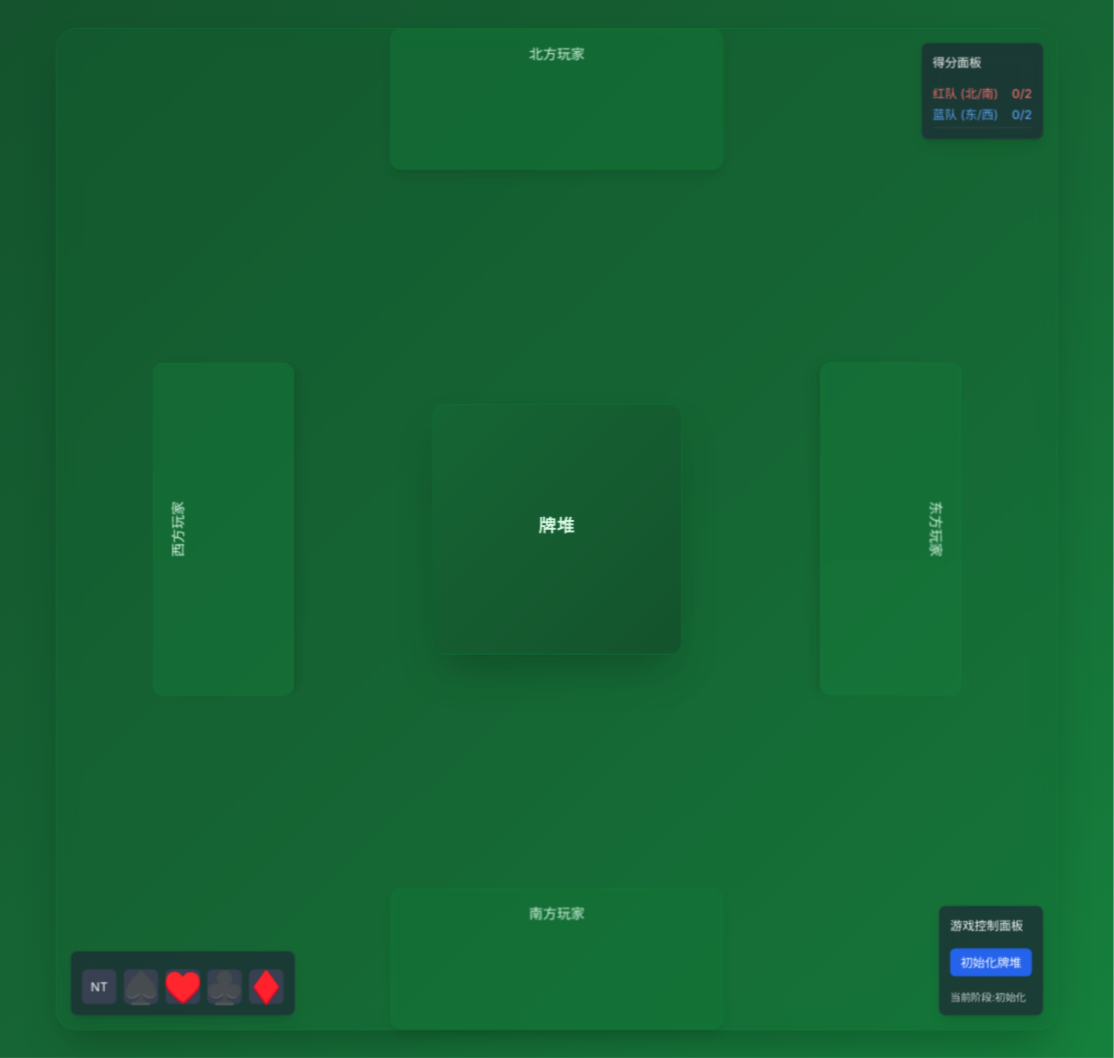
Repository: laofansay/Tractor80
Page: /
These files come from the project's save history. The page is drawn as it stood at one moment and after the next save; the edit follows.
The browser window is 1280 px wide. The pictures show the whole page, at 87% of full size.
The project was rebuilt for these pictures with package versions that can differ from the ones it lists, and the page was loaded fresh each time. The framework's server and built-in components were replaced by stand-ins that run in the browser. Also part of the build but not shown: next.config.js, app/components/Card.tsx.

Above is the page before, as saved 2025-03-11 10:19:20.

### app/layout.tsx
import type { Metadata } from 'next'
import { Inter } from 'next/font/google'
import './globals.css'

const inter = Inter({ subsets: ['latin'] })

export const metadata: Metadata = {
  title: 'Card Game',
  description: 'A Next.js Card Game Application',
}

export default function RootLayout({
  children,
}: {
  children: React.ReactNode
}) {
  return (
    <html lang="en">
      <body className={inter.className}>{children}</body>
    </html>
  )
}

### app/globals.css
@tailwind base;
@tailwind components;
@tailwind utilities;

:root {
  --foreground-rgb: 0, 0, 0;
  --background-start-rgb: 214, 219, 220;
  --background-end-rgb: 255, 255, 255;
}

@media (prefers-color-scheme: dark) {
  :root {
    --foreground-rgb: 255, 255, 255;
    --background-start-rgb: 0, 0, 0;
    --background-end-rgb: 0, 0, 0;
  }
}

body {
  color: rgb(var(--foreground-rgb));
  background: linear-gradient(
    to bottom,
    transparent,
    rgb(var(--background-end-rgb))
  )
  rgb(var(--background-start-rgb));
}

### app/components/AdminPanel.tsx
'use client';

import { useState } from 'react';
import { Card } from './Card';
import { GamePhase, Position } from './constant/Constant';

type AdminPanelProps = {
    onInitialize: () => void;
    onDeal: () => void;
    onPickBottomCards: () => void;
    onBottomCards: () => void;
    onStartPlaying: () => void;
    gamePhase: GamePhase;
    deckLength: number;
};

export function AdminPanel({
    onInitialize,
    onDeal,
    onPickBottomCards,
    onBottomCards,
    onStartPlaying,
    gamePhase,
    deckLength,
}: AdminPanelProps) {

    return (
        <div className="absolute bottom-4 right-4 p-3 bg-gray-800/70 rounded-lg backdrop-blur-md border border-gray-700/50 shadow-lg">
            <div className="flex flex-col gap-2">
                <div className="text-white text-sm mb-2 font-medium">游戏控制面板</div>

                {(gamePhase === 'initial' || gamePhase === 'playing') && (
                    <button
                        onClick={onInitialize}
                        className="px-3 py-1.5 bg-blue-600 hover:bg-blue-500 text-white rounded-md transition-colors text-sm"
                    >
                        {gamePhase === 'playing' ? '重新开始' : '初始化牌堆'}
                    </button>
                )}

                {gamePhase === 'initial' && deckLength > 0 && (
                    <button
                        onClick={onDeal}
                        className="px-3 py-1.5 bg-green-600 hover:bg-green-500 text-white rounded-md transition-colors text-sm"
                    >
                        开始发牌
                    </button>
                )}

                {gamePhase === 'pickBottomCards' && (
                    <button
                        onClick={onPickBottomCards}
                        className="px-3 py-1.5 bg-yellow-600 hover:bg-yellow-500 text-white rounded-md transition-colors text-sm"
                    >
                        庄家拾底
                    </button>
                )}

                {gamePhase === 'bottomCards' && (
                    <button
                        onClick={onBottomCards}
                        className="px-3 py-1.5 bg-yellow-600 hover:bg-yellow-500 text-white rounded-md transition-colors text-sm"
                    >
                        庄家扣底
                    </button>
                )}

                {gamePhase === 'bottomCards' && (
                    <button
                        onClick={onStartPlaying}
                        className="px-3 py-1.5 bg-red-600 hover:bg-red-500 text-white rounded-md transition-colors text-sm"
                    >
                        开始出牌
                    </button>
                )}

                <div className="text-gray-300 text-xs mt-2">
                    当前阶段:
                    {gamePhase === 'initial' && '初始化'}
                    {gamePhase === 'dealing' && '发牌中'}
                    {gamePhase === 'trumpSelection' && '亮主阶段'}
                    {gamePhase === 'pickBottomCards' && '庄家拾底'}
                    {gamePhase === 'bottomCards' && '庄家扣底'}
                    {gamePhase === 'playing' && '出牌阶段'}
                </div>
            </div>
        </div>
    );
}

### app/components/SoundEffect.tsx
'use client';

import { audioManager } from './AudioManager';

export class SoundEffect {
    static #instance;

    constructor() {
        // 私有构造函数，确保单例模式
    }

    public static getInstance(): SoundEffect {
        if (!SoundEffect.#instance) {
            SoundEffect.#instance = new SoundEffect();
        }
        return SoundEffect.#instance;
    }

    /**
     * 预加载音效
     * @param soundId 音效ID
     * @param soundPath 音效文件路径
     * @param fallbackSoundPath 备用音效路径（可选）
     */
    public preloadSound(soundId: string, soundPath: string, fallbackSoundPath?: string): void {
        if (typeof window === 'undefined') return; // 服务器端不执行

        // 使用AudioManager来处理音频加载
        audioManager.preloadSound(soundId, soundPath, fallbackSoundPath);
    }

    /**
     * 播放音效
     * @param soundId 音效ID
     * @returns 是否成功播放
     */
    public playSound(soundId: string): boolean {
        if (typeof window === 'undefined') return false; // 服务器端不执行

        // 使用AudioManager来处理音频播放
        return audioManager.playSound(soundId);
    }

    /**
     * 停止播放音效
     * @param soundId 音效ID
     */
    public stopSound(soundId: string): void {
        if (typeof window === 'undefined') return; // 服务器端不执行

        // 使用AudioManager来处理音频停止
        audioManager.stopSound(soundId);
    }

    /**
     * 检查音效是否已加载并可以播放
     * @param soundId 音效ID
     * @returns 是否可以播放
     */
    public canPlaySound(soundId: string): boolean {
        if (typeof window === 'undefined') return false; // 服务器端不执行

        // 使用AudioManager来检查音频是否可以播放
        return audioManager.canPlaySound(soundId);
    }

    /**
     * 启用或禁用所有音效
     * @param enabled 是否启用音效
     */
    public setAudioEnabled(enabled: boolean): void {
        audioManager.setAudioEnabled(enabled);
    }

    /**
     * 获取音效是否启用
     * @returns 音效是否启用
     */
    public isAudioEnabled(): boolean {
        return audioManager.isAudioEnabled();
    }
}

// 导出单例实例
export const soundEffect = SoundEffect.getInstance();

### app/components/ScorePanel.tsx
import React from 'react';
import { Position } from './constant/Constant';

interface ScorePanelProps {
  scores: {
    north: number;
    east: number;
    south: number;
    west: number;
  };
  dealerPosition: Position;
  redUpLevel: string;
  blueUpLevel: string;
}

export function ScorePanel({ scores, dealerPosition, redUpLevel, blueUpLevel }: ScorePanelProps) {
  // 计算庄家和闲家的总分
  const dealerScore = scores[dealerPosition];
  const nonDealerScore = Object.entries(scores)
    .filter(([position]) => position !== dealerPosition)
    .reduce((total, [_, score]) => total + score, 0);

  // 计算红蓝阵营的总分
  const redTeamScore = scores.north + scores.south;
  const blueTeamScore = scores.east + scores.west;

  return (
    <div className="absolute top-4 right-4 p-3 bg-gray-800/70 rounded-lg backdrop-blur-md border border-gray-700/50 shadow-lg">
      <div className="flex flex-col gap-2">
        <div className="text-white text-sm mb-2 font-medium">得分面板</div>
        <div className="space-y-1">
          <div className="flex justify-between text-sm">
            <span className="text-red-400">红队 (北/南)</span>
            <span className="text-red-400 font-medium ml-4">{redTeamScore}/{redUpLevel}</span>
          </div>
          <div className="flex justify-between text-sm">
            <span className="text-blue-400">蓝队 (东/西)</span>
            <span className="text-blue-400 font-medium ml-4">{blueTeamScore}/{blueUpLevel}</span>
          </div>
          <div className="border-t border-gray-700 my-2"></div>
        </div>
      </div>
    </div>
  );
}

### app/components/TrumpSelectionPanel.tsx
'use client';

import React from 'react';

type TrumpSelectionPanelProps = {
  onSelectTrump: (trumpSuit: string | null) => void;
  gamePhase: string;
  availableSuits: string[];
  trumpSuit: string;
};

export function TrumpSelectionPanel({ onSelectTrump, gamePhase, availableSuits, trumpSuit }: TrumpSelectionPanelProps) {
  // 只在亮主阶段显示
  if (gamePhase !== 'trumpSelection') {
    //return null;
  }

  return (
    <div className="absolute bottom-4 left-4 p-3 bg-gray-800/70 rounded-lg backdrop-blur-md border border-gray-700/50 shadow-lg">
      <div className="flex flex-col gap-2">
        <div>{availableSuits}</div>
        <div className="flex flex-row gap-2">
          <button
            onClick={() => onSelectTrump('NT')}
            className={`w-10 h-10 ${(availableSuits.includes('J') || availableSuits.includes('B')) ? 'bg-red-600 hover:bg-red-500 cursor-pointer' : 'bg-gray-700 cursor-not-allowed'} text-white rounded-md transition-colors text-sm flex items-center justify-center`}
            title="无主"
            disabled={trumpSuit !== ''}
          >
            NT
          </button>
          <button
            onClick={() => onSelectTrump('S')}
            className={`w-10 h-10 ${availableSuits.includes('S') ? 'bg-red-600 hover:bg-red-500 cursor-pointer' : 'bg-gray-700 cursor-not-allowed'} text-white rounded-md transition-colors text-4xl flex items-center justify-center`}
            title="黑桃"
            disabled={trumpSuit !== ''}
          >
            ♠️
          </button>
          <button
            onClick={() => onSelectTrump('H')}
            className={`w-10 h-10 ${availableSuits.includes('H') ? 'bg-red-600 hover:bg-red-500 cursor-pointer' : 'bg-gray-700 cursor-not-allowed'} text-white rounded-md transition-colors text-4xl flex items-center justify-center`}
            title="红桃"
            disabled={trumpSuit !== ''}
          >
            ♥️
          </button>
          <button
            onClick={() => onSelectTrump('C')}
            className={`w-10 h-10 ${availableSuits.includes('C') ? 'bg-red-600 hover:bg-red-500 cursor-pointer' : 'bg-gray-700 cursor-not-allowed'} text-white rounded-md transition-colors text-4xl flex items-center justify-center`}
            title="梅花"
            disabled={trumpSuit !== ''}
          >
            ♣️
          </button>
          <button
            onClick={() => onSelectTrump('D')}
            className={`w-10 h-10 ${availableSuits.includes('D') ? 'bg-red-600 hover:bg-red-500 cursor-pointer' : 'bg-gray-700 cursor-not-allowed'} text-white rounded-md transition-colors text-4xl flex items-center justify-center`}
            title="方块"
            disabled={trumpSuit !== ''}
          >
            ♦️
          </button>
        </div>
      </div>
    </div >
  );
}

### app/components/AudioManager.tsx
'use client';

/**
 * 音频管理器类
 * 提供音效加载、播放和错误处理功能
 */
export class AudioManager {
  private static instance: AudioManager;
  private audioElements: Map<string, HTMLAudioElement> = new Map();
  private fallbackMode: boolean = false;
  private audioEnabled: boolean = true;

  private constructor() {
    // 私有构造函数，确保单例模式
    this.checkAudioSupport();
  }

  public static getInstance(): AudioManager {
    if (!AudioManager.instance) {
      AudioManager.instance = new AudioManager();
    }
    return AudioManager.instance;
  }

  /**
   * 检查浏览器是否支持音频
   */
  private checkAudioSupport(): void {
    if (typeof window === 'undefined') return;

    try {
      const audio = new Audio();
      this.audioEnabled = !!audio && typeof audio.play === 'function';
      if (!this.audioEnabled) {
        console.warn('当前环境不支持音频播放');
      }
    } catch (error) {
      console.error('检查音频支持时出错:', error);
      this.audioEnabled = false;
    }
  }

  /**
   * 预加载音效
   * @param soundId 音效ID
   * @param soundPath 音效文件路径
   * @param fallbackSoundPath 备用音效路径（可选）
   */
  public preloadSound(soundId: string, soundPath: string, fallbackSoundPath?: string): void {
    if (typeof window === 'undefined' || !this.audioEnabled) return;

    if (!this.audioElements.has(soundId)) {
      try {
        // 确保路径正确，添加基础URL前缀
        const fullPath = soundPath.startsWith('/') ? soundPath : `/${soundPath}`;
        const baseUrl = window.location.origin;
        const absolutePath = new URL(fullPath, baseUrl).toString();

        const audio = new Audio();
        audio.preload = 'auto';

        // 添加加载错误处理
        audio.addEventListener('error', (e) => {
          const errorDetails = {
            code: audio.error?.code,
            message: audio.error?.message,
            path: absolutePath
          };
          console.error(`音效 ${soundId} 加载失败:`, errorDetails);

          // 尝试加载备用音效
          if (fallbackSoundPath && !this.fallbackMode) {
            console.log(`尝试加载备用音效: ${fallbackSoundPath}`);
            this.fallbackMode = true;
            this.preloadSound(soundId, fallbackSoundPath);
          }
        });

        // 添加加载成功处理
        audio.addEventListener('canplaythrough', () => {
          console.log(`音效 ${soundId} 加载成功，可以播放`);
        });

        // 设置音频源
        audio.src = absolutePath;

        this.audioElements.set(soundId, audio);
      } catch (error) {
        console.error(`音效 ${soundId} 初始化失败:`, error);
      }
    }
  }

  /**
   * 播放音效
   * @param soundId 音效ID
   * @returns 是否成功播放
   */
  public playSound(soundId: string): boolean {
    if (typeof window === 'undefined' || !this.audioEnabled) return false;

    const audio = this.audioElements.get(soundId);
    if (audio) {
      // 检查音频是否已加载并可以播放
      if (audio.error) {
        console.error(`音效 ${soundId} 无法播放，加载失败:`, audio.error);
        return false;
      }

      // 检查音频是否已经加载足够的数据可以播放
      if (audio.readyState < 2) { // HAVE_CURRENT_DATA or higher
        console.warn(`音效 ${soundId} 尚未加载完成，无法播放`);
        return false;
      }

      try {
        // 重置音频以便重复播放
        audio.currentTime = 0;
        const playPromise = audio.play();

        if (playPromise !== undefined) {
          playPromise.catch(error => {
            console.error(`播放音效 ${soundId} 失败:`, error);
          });
        }
        return true;
      } catch (error) {
        console.error(`播放音效 ${soundId} 时出错:`, error);
        return false;
      }
    } else {
      console.warn(`音效 ${soundId} 未预加载`);
      return false;
    }
  }

  /**
   * 停止播放音效
   * @param soundId 音效ID
   */
  public stopSound(soundId: string): void {
    if (typeof window === 'undefined' || !this.audioEnabled) return;

    const audio = this.audioElements.get(soundId);
    if (audio) {
      try {
        audio.pause();
        audio.currentTime = 0;
      } catch (error) {
        console.error(`停止音效 ${soundId} 时出错:`, error);
      }
    }
  }

  /**
   * 检查音效是否已加载并可以播放
   * @param soundId 音效ID
   * @returns 是否可以播放
   */
  public canPlaySound(soundId: string): boolean {
    if (typeof window === 'undefined' || !this.audioEnabled) return false;

    const audio = this.audioElements.get(soundId);
    if (!audio) return false;

    // 检查音频元素是否有错误
    if (audio.error) return false;

    // 检查音频是否已经加载足够的数据可以播放
    return audio.readyState >= 2; // HAVE_CURRENT_DATA or higher
  }

  /**
   * 启用或禁用所有音效
   * @param enabled 是否启用音效
   */
  public setAudioEnabled(enabled: boolean): void {
    this.audioEnabled = enabled;
  }

  /**
   * 获取音效是否启用
   * @returns 音效是否启用
   */
  public isAudioEnabled(): boolean {
    return this.audioEnabled;
  }

  /**
   * 创建一个简单的音效（用于在无法加载外部音效时使用）
   * @param frequency 频率（赫兹）
   * @param duration 持续时间（毫秒）
   * @param volume 音量（0-1）
   * @returns 音频元素
   */
  public createToneSound(frequency: number = 440, duration: number = 200, volume: number = 0.5): HTMLAudioElement | null {
    if (typeof window === 'undefined' || !this.audioEnabled) return null;

    try {
      // 检查是否支持Web Audio API
      if (!window.AudioContext && !(window as any).webkitAudioContext) {
        console.warn('当前浏览器不支持Web Audio API');
        return null;
      }

      const AudioContext = window.AudioContext || (window as any).webkitAudioContext;
      const audioCtx = new AudioContext();

      // 创建振荡器
      const oscillator = audioCtx.createOscillator();
      oscillator.type = 'sine';
      oscillator.frequency.setValueAtTime(frequency, audioCtx.currentTime);

      // 创建音量控制
      const gainNode = audioCtx.createGain();
      gainNode.gain.setValueAtTime(volume, audioCtx.currentTime);

      // 连接节点
      oscillator.connect(gainNode);
      gainNode.connect(audioCtx.destination);

      // 创建音频元素
      const audio = new Audio();

      // 开始振荡
      oscillator.start();

      // 设置定时器停止振荡
      setTimeout(() => {
        oscillator.stop();
        audioCtx.close();
      }, duration);

      return audio;
    } catch (error) {
      console.error('创建音效失败:', error);
      return null;
    }
  }
}

// 导出单例实例
export const audioManager = AudioManager.getInstance();

Loaded but not shown: tailwind.config.js (19 lines, source omitted); app/page.tsx (821 lines, source omitted); app/components/CardArea.tsx (187 lines, source omitted)

After the next save:
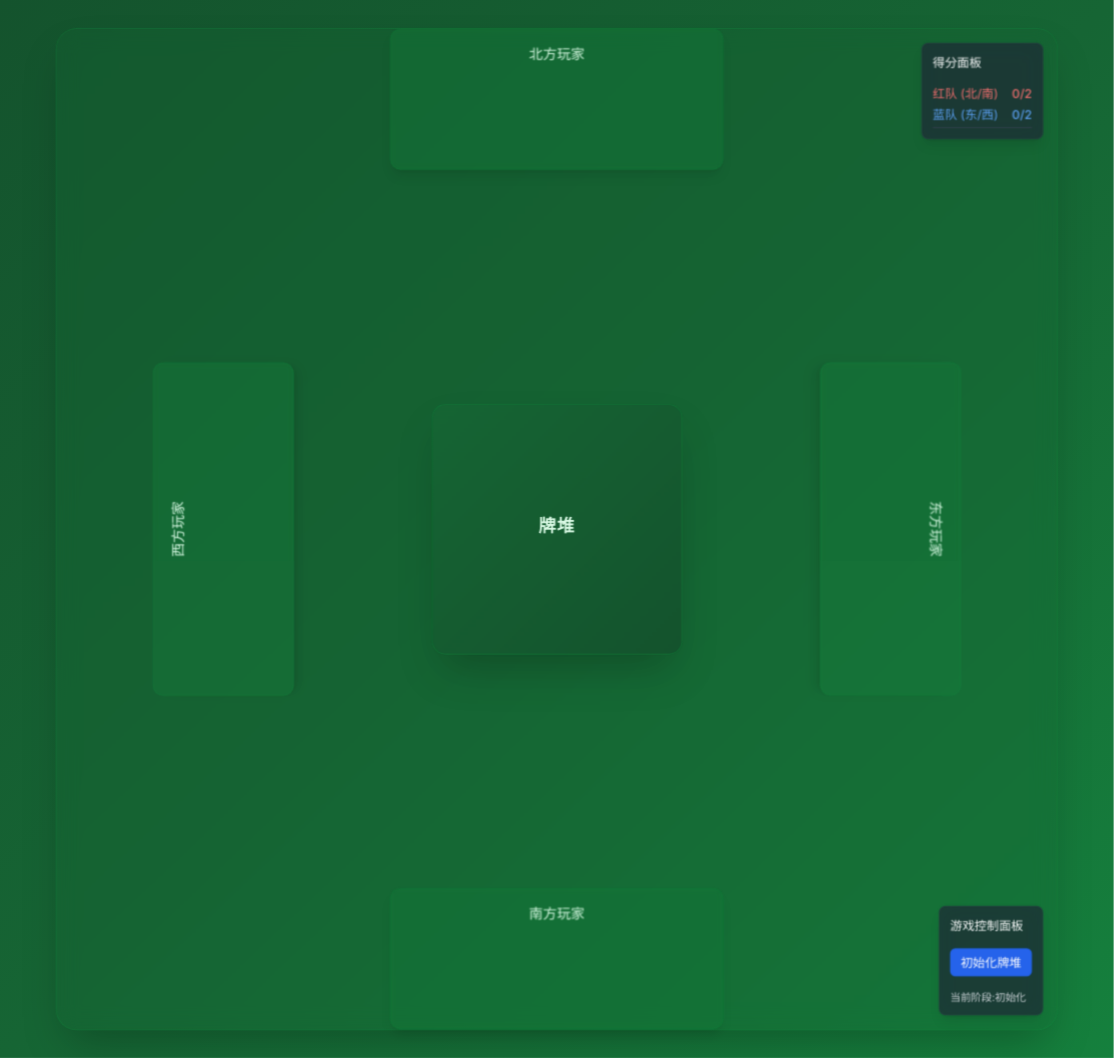
Saved 2 min 15 s later.
--- a/app/components/TrumpSelectionPanel.tsx
+++ b/app/components/TrumpSelectionPanel.tsx
@@ -12,7 +12,7 @@
 export function TrumpSelectionPanel({ onSelectTrump, gamePhase, availableSuits, trumpSuit }: TrumpSelectionPanelProps) {
   // 只在亮主阶段显示
   if (gamePhase !== 'trumpSelection') {
-    //return null;
+    return null;
   }
 
   return (

After the save that followed:
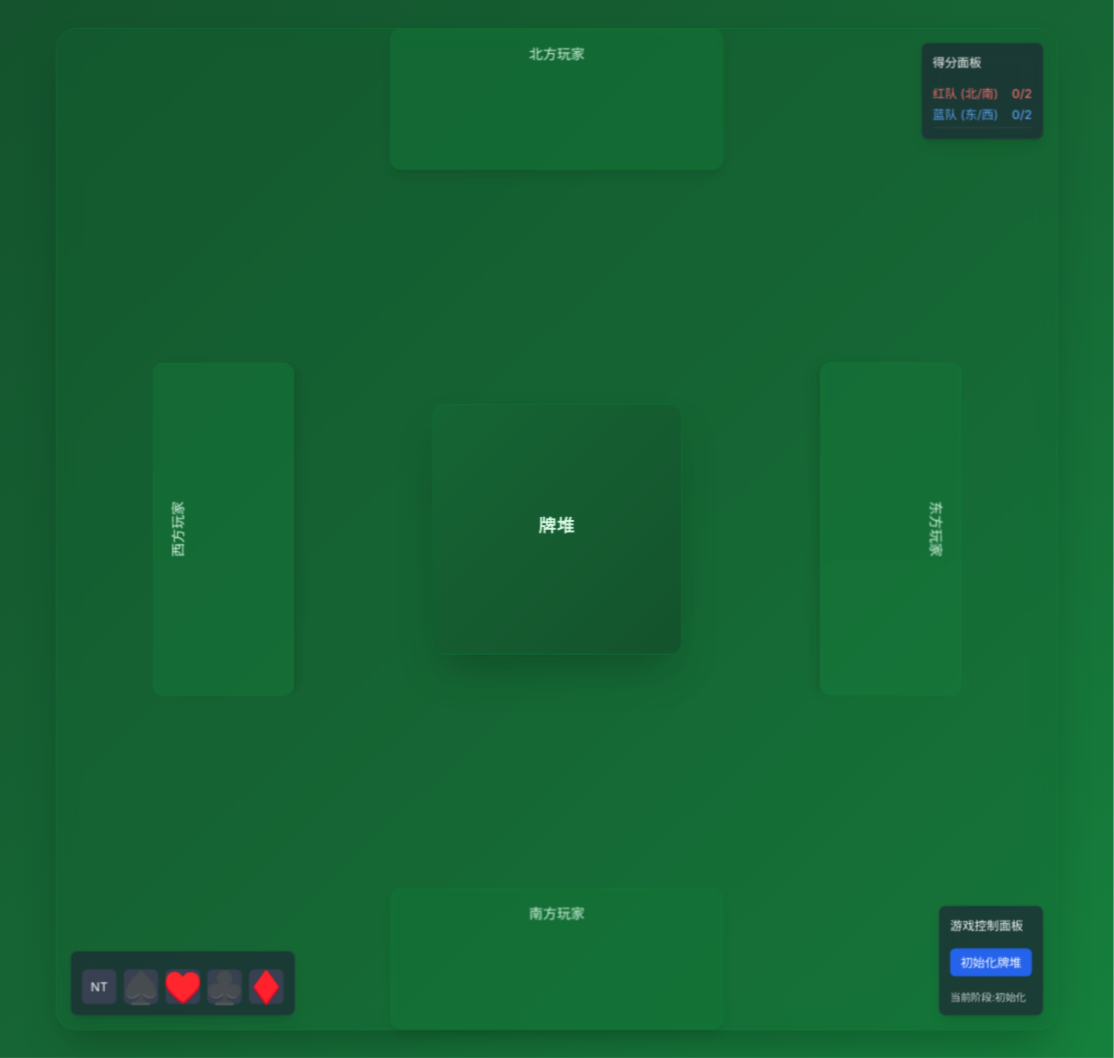
Saved 7 min 6 s later.
--- a/app/components/TrumpSelectionPanel.tsx
+++ b/app/components/TrumpSelectionPanel.tsx
@@ -12,7 +12,7 @@
 export function TrumpSelectionPanel({ onSelectTrump, gamePhase, availableSuits, trumpSuit }: TrumpSelectionPanelProps) {
   // 只在亮主阶段显示
   if (gamePhase !== 'trumpSelection') {
-    return null;
+    //return null;
   }
 
   return (
